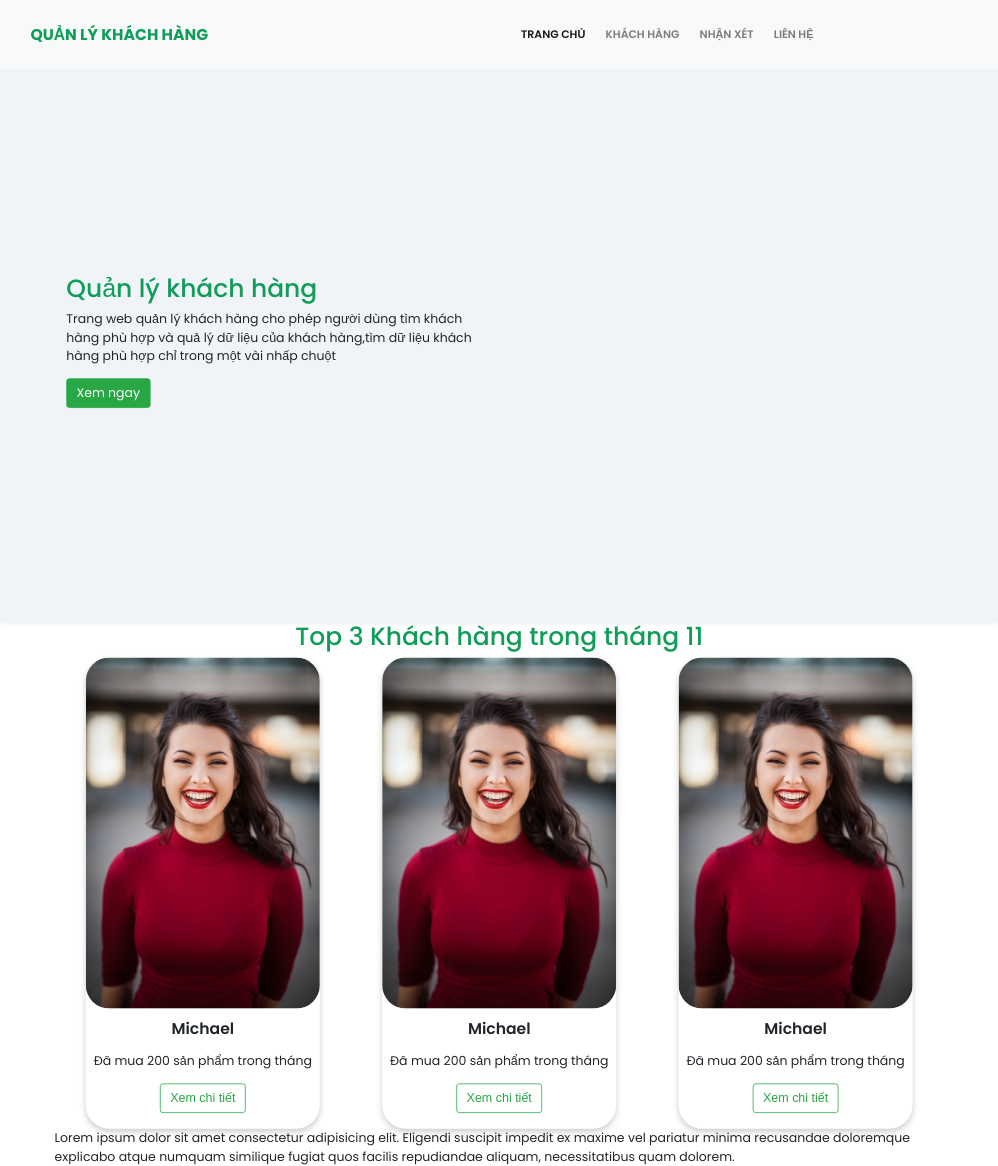
Repository: huutien1904/bt2-ltw
Page: index.html
These files come from the project's save history. The page is drawn as it stood at one moment and after the next save; the edit follows.
The browser window is 1280 px wide. The pictures show the whole page, at 78% of full size.

Above is the page before, as saved 2021-11-04 09:00:58.

After the next save:
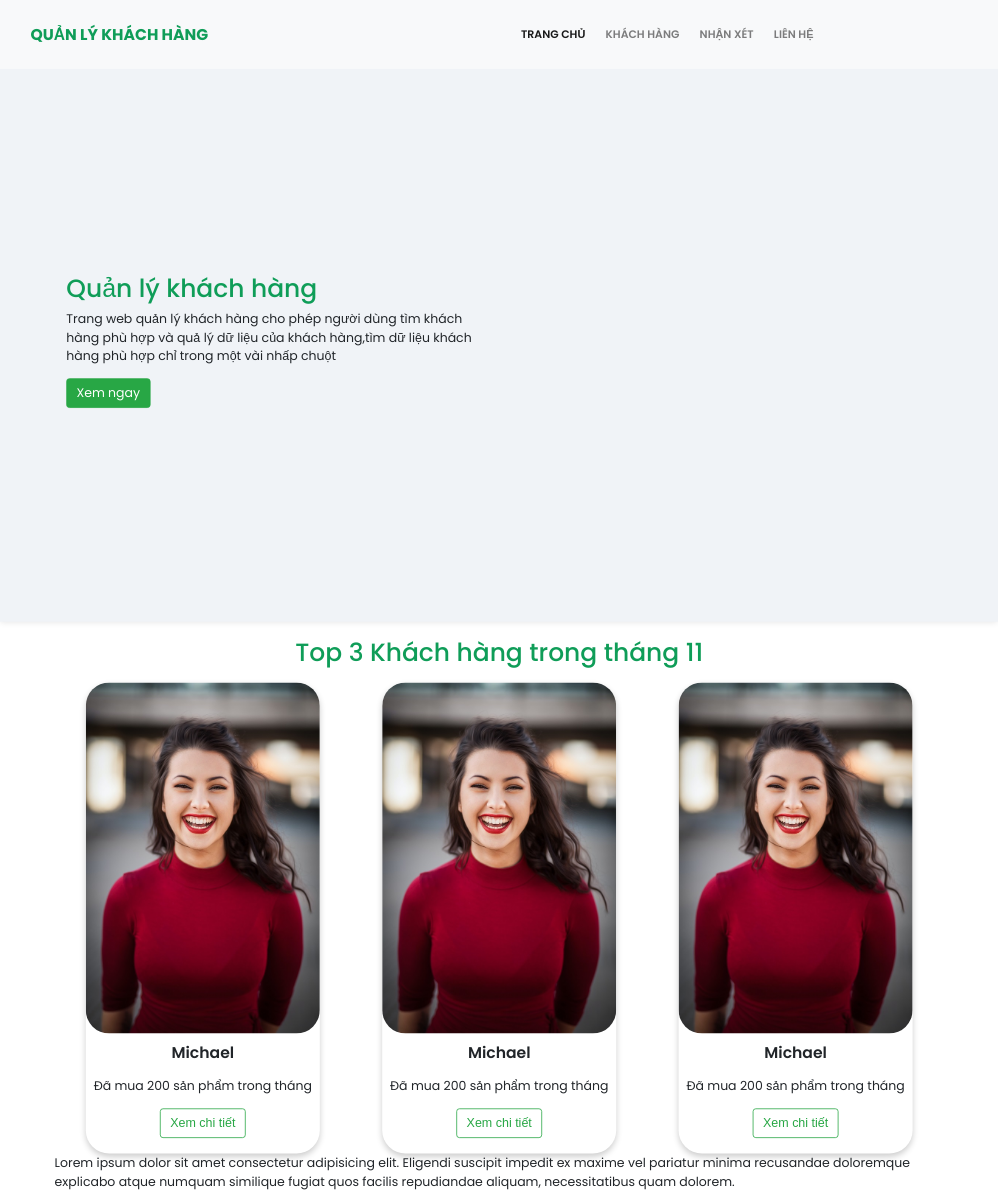
Saved 28 s later.
--- a/style.css
+++ b/style.css
@@ -79,6 +79,9 @@ body {
 .btn_des{
   margin-bottom: 20px;
 }
+.title_customer{
+  margin: 20px;
+}
 
 
 
